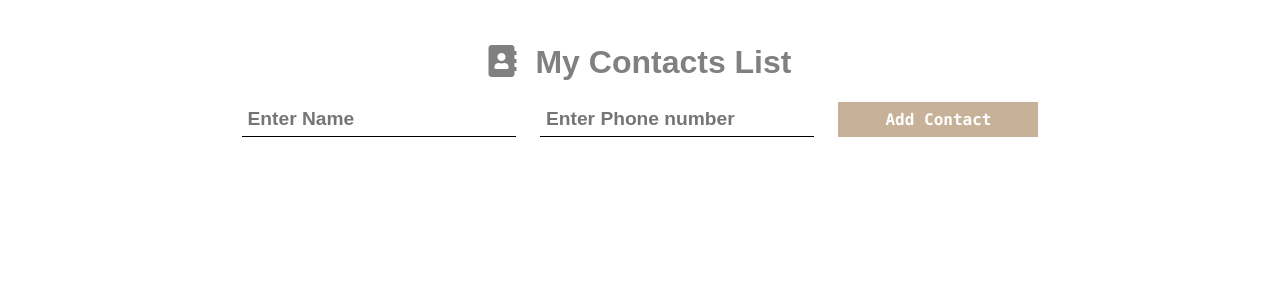
Repository: Sayan-100/Contact-List
Page: http://localhost/
These files come from the project's save history. The page is drawn as it stood at one moment and after the next save; the edit follows.
The browser window is 1280 px wide. The pictures show the whole page.
Some web libraries are served in a nearby version. The page is served by the project's Node server (index.js). Queries for data that is not in the repository find no rows.

Above is the page before, as saved 2022-01-10 14:28:15.

After the next save:
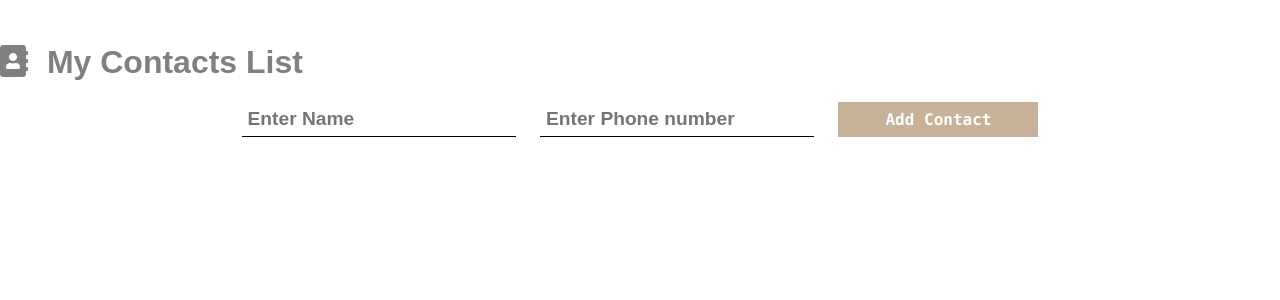
Saved 14 s later.
--- a/assets/css/home.css
+++ b/assets/css/home.css
@@ -69,3 +69,7 @@
         margin-top: 20px;
         margin-right: 10px;
     }
+
+    #contact-area {
+        display: flex;
+    }

After the save that followed:
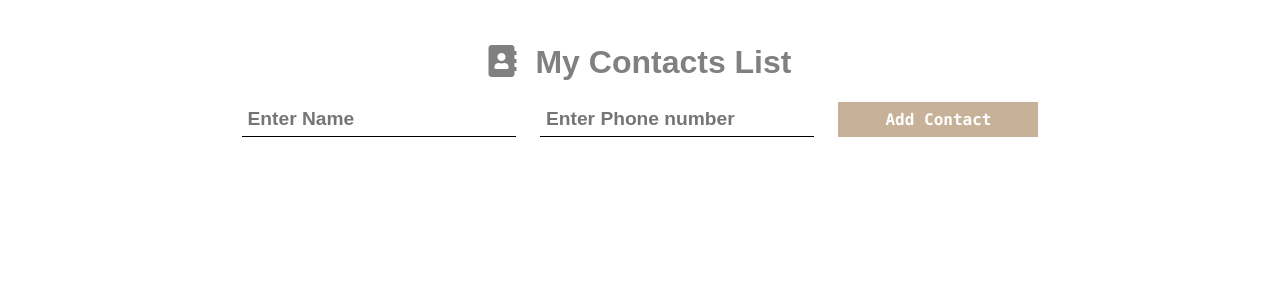
Saved 11 s later.
--- a/views/home.ejs
+++ b/views/home.ejs
@@ -14,7 +14,7 @@
 
 <body>
 
-    <div id="contact-area">
+    <div id="mb">
         <h1 id="page-heading">
             <i class="fas fa-address-book "></i> My Contacts List
         </h1>
